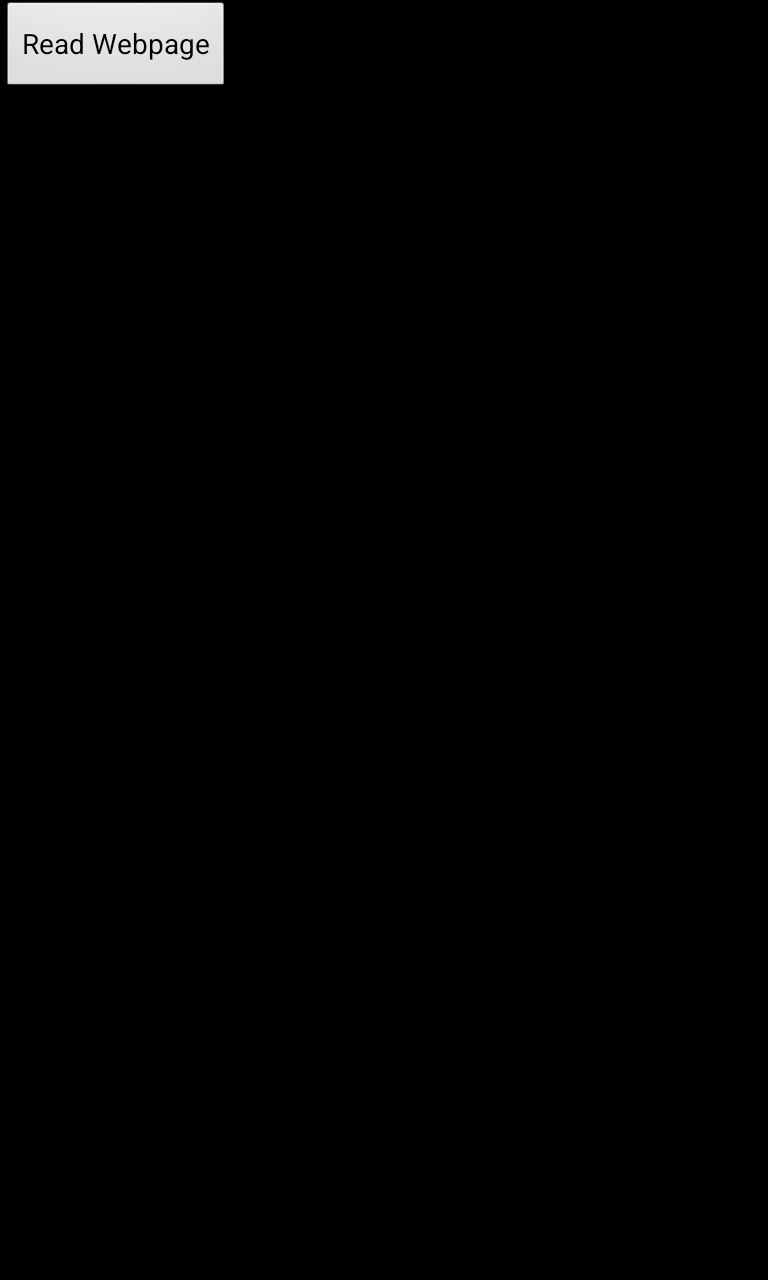
Repository: JerryScript-duplicate/BacksideUpdater
Layout: BacksideUpdater/res/layout/main.xml
These files come from the project's save history. The layout is drawn as it stood at one moment and after the next save; the edit follows.
It is drawn on a 768 x 1280 px phone screen (xhdpi) without system bars, with theme android:Theme; the app's code is not run.

Above is the layout before, as saved 2012-01-18 20:44:43.

### BacksideUpdater/res/layout/main.xml
<?xml version="1.0" encoding="utf-8"?>
<LinearLayout xmlns:android="http://schemas.android.com/apk/res/android"
    android:layout_width="fill_parent"
    android:layout_height="fill_parent"
    android:orientation="vertical" >

    <LinearLayout
        android:id="@+id/LinearLayout01"
        android:layout_width="wrap_content"
        android:layout_height="wrap_content" >
    </LinearLayout>

    <Button
        android:id="@+id/BacksideUpdaterButton"
        android:layout_width="wrap_content"
        android:layout_height="wrap_content"
        android:onClick="myClickHandler"
        android:text="Read Webpage" >
    </Button>

    <TextView
        android:id="@+id/pagetext"
        android:layout_width="fill_parent"
        android:layout_height="fill_parent"
        android:scrollbars="vertical" >
    </TextView>

</LinearLayout>

After the next save:
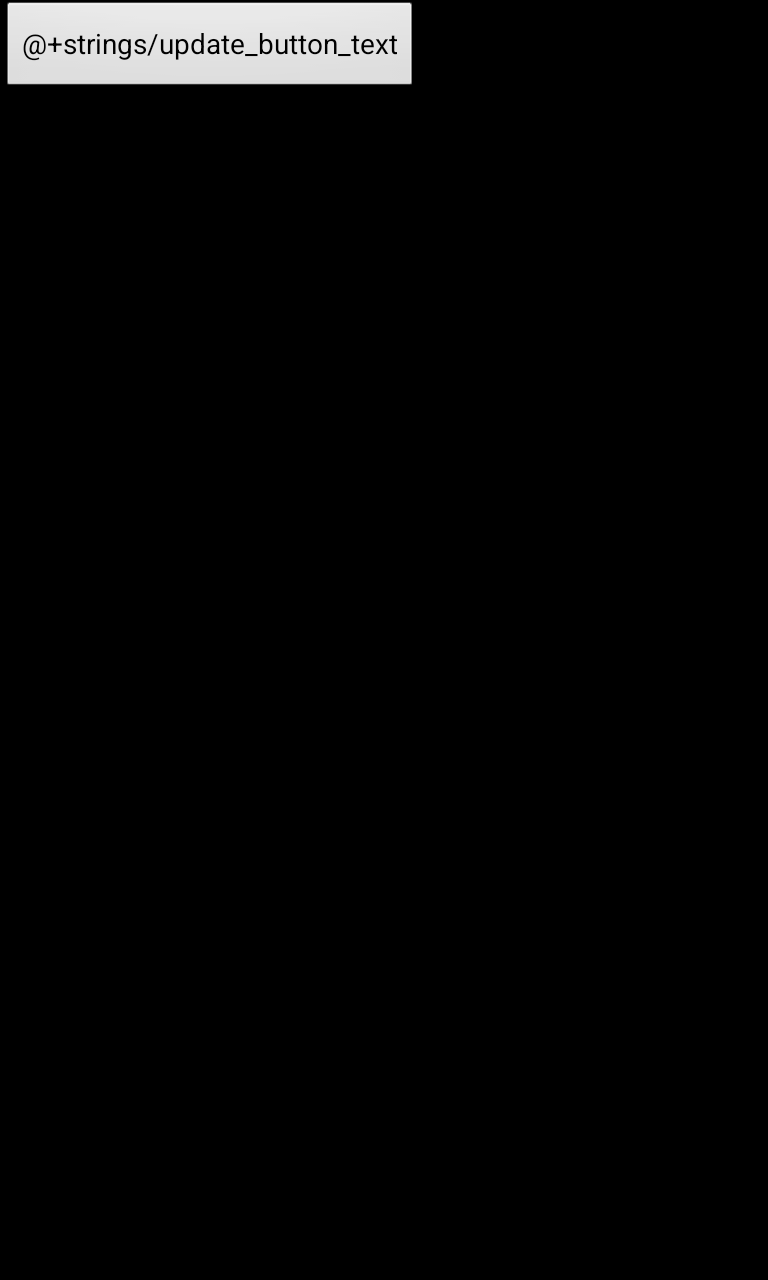
Saved 34 s later.
--- a/BacksideUpdater/res/layout/main.xml
+++ b/BacksideUpdater/res/layout/main.xml
@@ -15,7 +15,7 @@
         android:layout_width="wrap_content"
         android:layout_height="wrap_content"
         android:onClick="myClickHandler"
-        android:text="Read Webpage" >
+        android:text="@+strings/update_button_text" >
     </Button>
 
     <TextView
